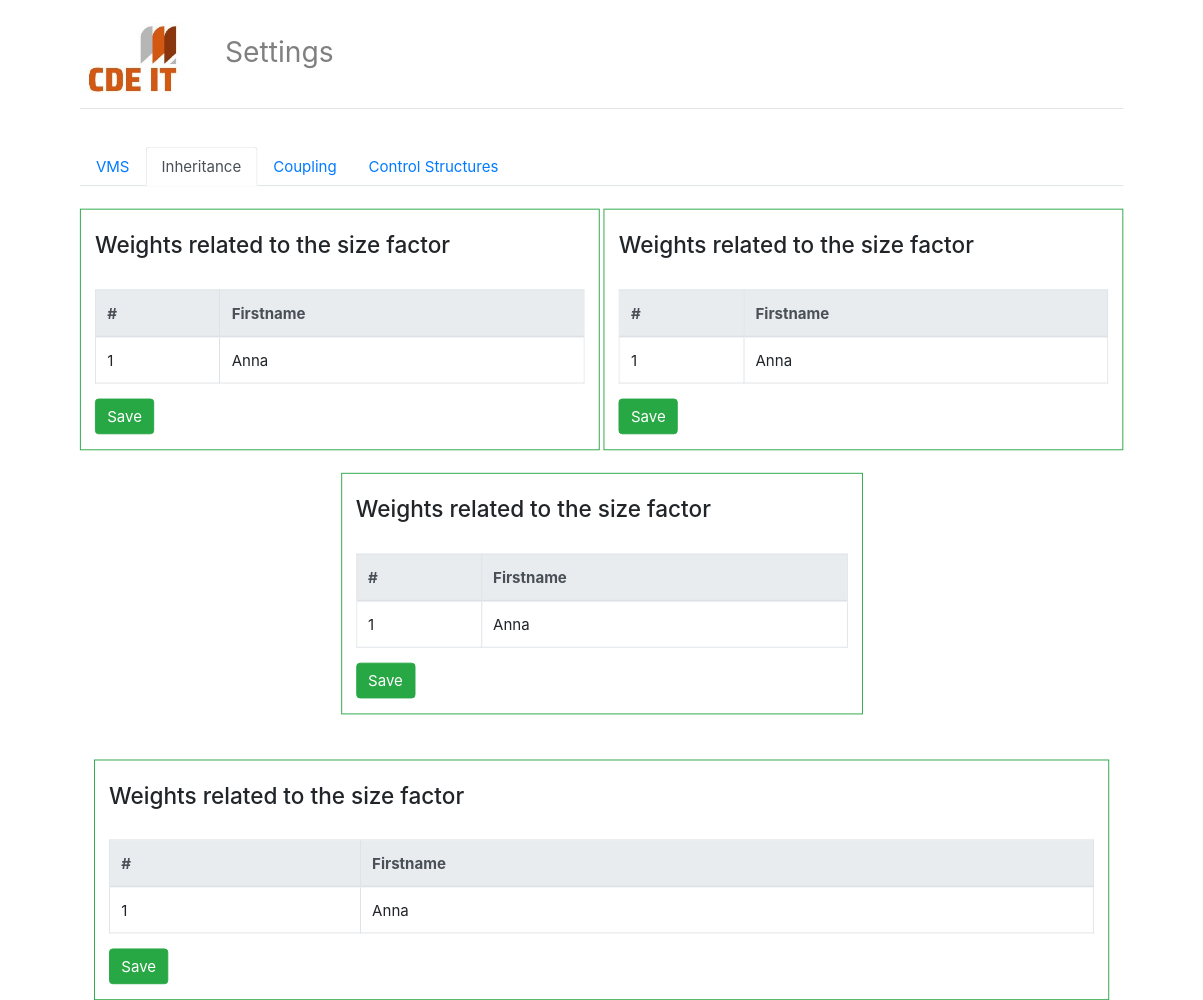
Repository: JudeAshan98/ITPM
Page: CDE_IT/WebContent/views/settings.html
The author's editor kept a copy of each file at every save. The page is drawn from the files as they stood at one save, then again after the next save.
The browser window is 1280 px wide. The pictures show the whole page, at 94% of full size.

Above is the page before, as saved 2020-03-01 16:34:01.

### CDE_IT/WebContent/views/settings.html
<!DOCTYPE html>
<html lang="en">
<head>
<title>Bootstrap Example</title>
<meta charset="utf-8">
<meta name="viewport" content="width=device-width, initial-scale=1">
<link rel="stylesheet"
	href="https://maxcdn.bootstrapcdn.com/bootstrap/4.4.1/css/bootstrap.min.css">
<script
	src="https://ajax.googleapis.com/ajax/libs/jquery/3.4.1/jquery.min.js"></script>
<script
	src="https://cdnjs.cloudflare.com/ajax/libs/popper.js/1.16.0/umd/popper.min.js"></script>
<script
	src="https://maxcdn.bootstrapcdn.com/bootstrap/4.4.1/js/bootstrap.min.js"></script>
</head>
<body>
	<br>

	<div class="container">
		<div>
			<img src="../img/logoe.png" style="max-height: 75px">
			<text style="font-size:30px; color:gray ; margin-left:30px;">
			Settings<text>
			<hr />
		</div>
		<br>

		<!-- Nav tabs -->
		<ul class="nav nav-tabs" role="tablist">
			<li class="nav-item"><a class="nav-link" data-toggle="tab"
				href="#vms">VMS</a></li>
			<li class="nav-item"><a class="nav-link active"
				data-toggle="tab" href="#inheritance">Inheritance</a></li>
			<li class="nav-item"><a class="nav-link" data-toggle="tab"
				href="#Coupling">Coupling</a></li>
			<li class="nav-item"><a class="nav-link" data-toggle="tab"
				href="#Control">Control Structures</a></li>
		</ul>

		<!-- Tab panes -->
		<div class="tab-content">
			<div id="vms" class="container tab-pane active">
				<br>
				<div class="row">
					<div class="col-sm border border-success">
						<br>
						<h4>Weights related to the size factor</h4>
						<div class="table-responsive">
							<br>
							<table class="table table-bordered">
								<thead class="thead-light">
									<tr>
										<th>#</th>
										<th>Firstname</th>
									</tr>
								</thead>
								<tbody>
									<tr>
										<td>1</td>
										<td>Anna</td>
									</tr>
								</tbody>
							</table>
						</div>
						<button type="button" class="btn btn-success">Save</button>
					</div>
					&nbsp
					<div class="col-sm border border-success">
						<br>
						<h4>Weights related to the size factor</h4>
						<div class="table-responsive">
							<br>
							<table class="table table-bordered">
								<thead class="thead-light">
									<tr>
										<th>#</th>
										<th>Firstname</th>
									</tr>
								</thead>
								<tbody>
									<tr>
										<td>1</td>
										<td>Anna</td>
									</tr>
								</tbody>
							</table>
						</div>
						<button type="button" class="btn btn-success">Save</button>
						<p></p>
					</div>
				</div>
				<br>
				<div class="row justify-content-md-center">
					<div class="col-md-6 border border-success">
						<br>
						<h4>Weights related to the size factor</h4>
						<div class="table-responsive">
							<br>
							<table class="table table-bordered">
								<thead class="thead-light">
									<tr>
										<th>#</th>
										<th>Firstname</th>
									</tr>
								</thead>
								<tbody>
									<tr>
										<td>1</td>
										<td>Anna</td>
									</tr>
								</tbody>
							</table>
						</div>
						<button type="button" class="btn btn-success">Save</button>
						<p></p>
					</div>
				</div>
				<br>
			</div>
			<div id="inheritance" class="container tab-pane active">
				<br>
				<div class="col-sm border border-success">
					<br>
					<h4>Weights related to the size factor</h4>
					<div class="table-responsive">
						<br>
						<table class="table table-bordered">
							<thead class="thead-light">
								<tr>
									<th>#</th>
									<th>Firstname</th>
								</tr>
							</thead>
							<tbody>
								<tr>
									<td>1</td>
									<td>Anna</td>
								</tr>
							</tbody>
						</table>
					</div>
					<button type="button" class="btn btn-success">Save</button>
					<p></p>
				</div>
			</div>
			<div id="Coupling" class="container tab-pane fade">
				<br>
				<div class="col-sm border border-success">
					<br>
					<h4>Weights related to the size factor</h4>
					<div class="table-responsive">
						<br>
						<table class="table table-bordered">
							<thead class="thead-light">
								<tr>
									<th>#</th>
									<th>Firstname</th>
								</tr>
							</thead>
							<tbody>
								<tr>
									<td>1</td>
									<td>Anna</td>
								</tr>
							</tbody>
						</table>
					</div>
					<button type="button" class="btn btn-success">Save</button>
					<p></p>
				</div>
			</div>
			<div id="Control" class="container tab-pane fade">
				<br>
				<div class="col-sm border border-success">
					<br>
					<h4>Weights related to the size factor</h4>
					<div class="table-responsive">
						<br>
						<table class="table table-bordered">
							<thead class="thead-light">
								<tr>
									<th>#</th>
									<th>Firstname</th>
								</tr>
							</thead>
							<tbody>
								<tr>
									<td>1</td>
									<td>Anna</td>
								</tr>
							</tbody>
						</table>
					</div>
					<button type="button" class="btn btn-success">Save</button>
					<p></p>
				</div>
			</div>
		</div>

	</div>
</body>
</html>

After the next save:
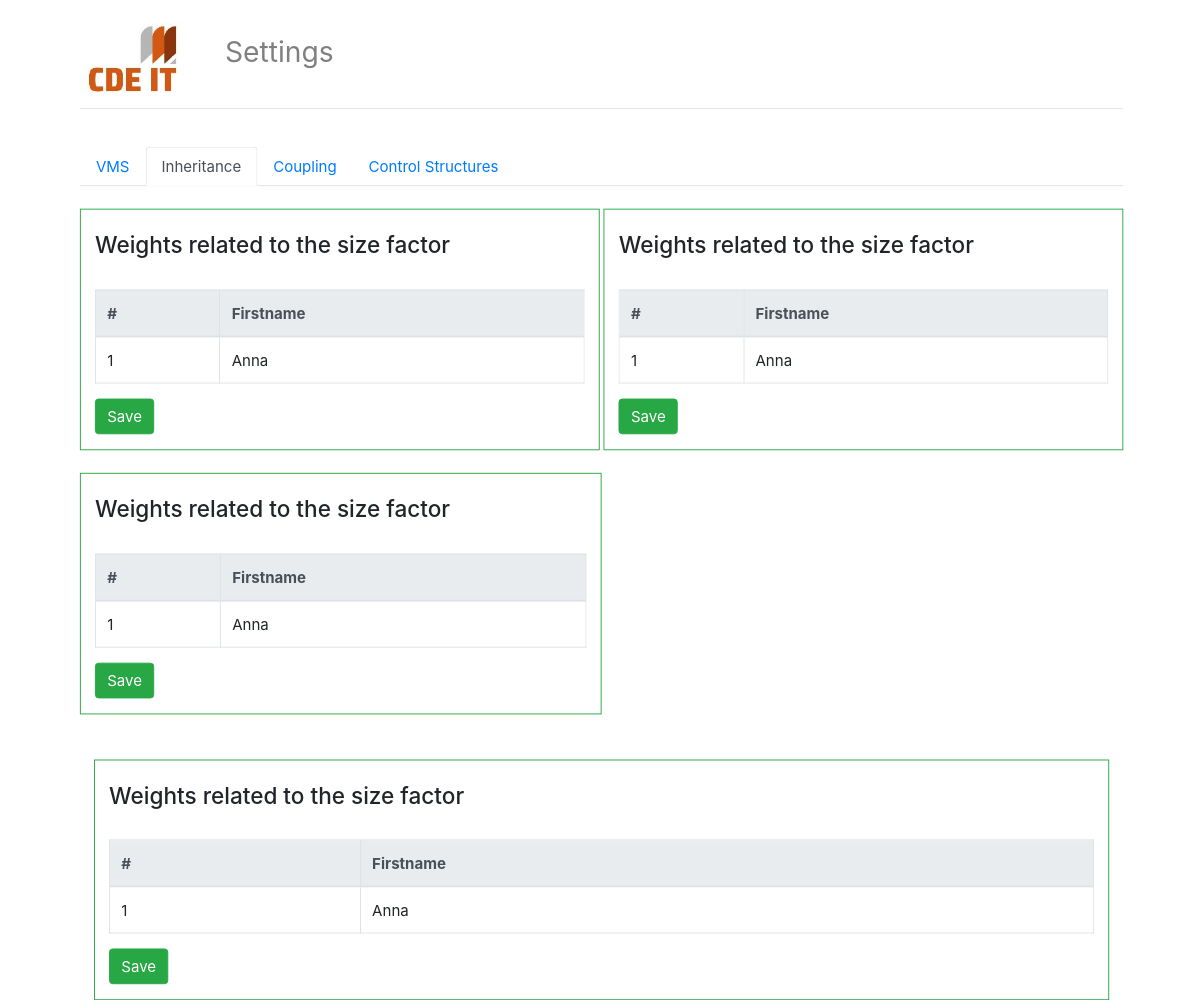
Saved 114 s later.
--- a/CDE_IT/WebContent/views/settings.html
+++ b/CDE_IT/WebContent/views/settings.html
@@ -90,7 +90,7 @@
 					</div>
 				</div>
 				<br>
-				<div class="row justify-content-md-center">
+				<div class="row ">
 					<div class="col-md-6 border border-success">
 						<br>
 						<h4>Weights related to the size factor</h4>

After the save that followed:
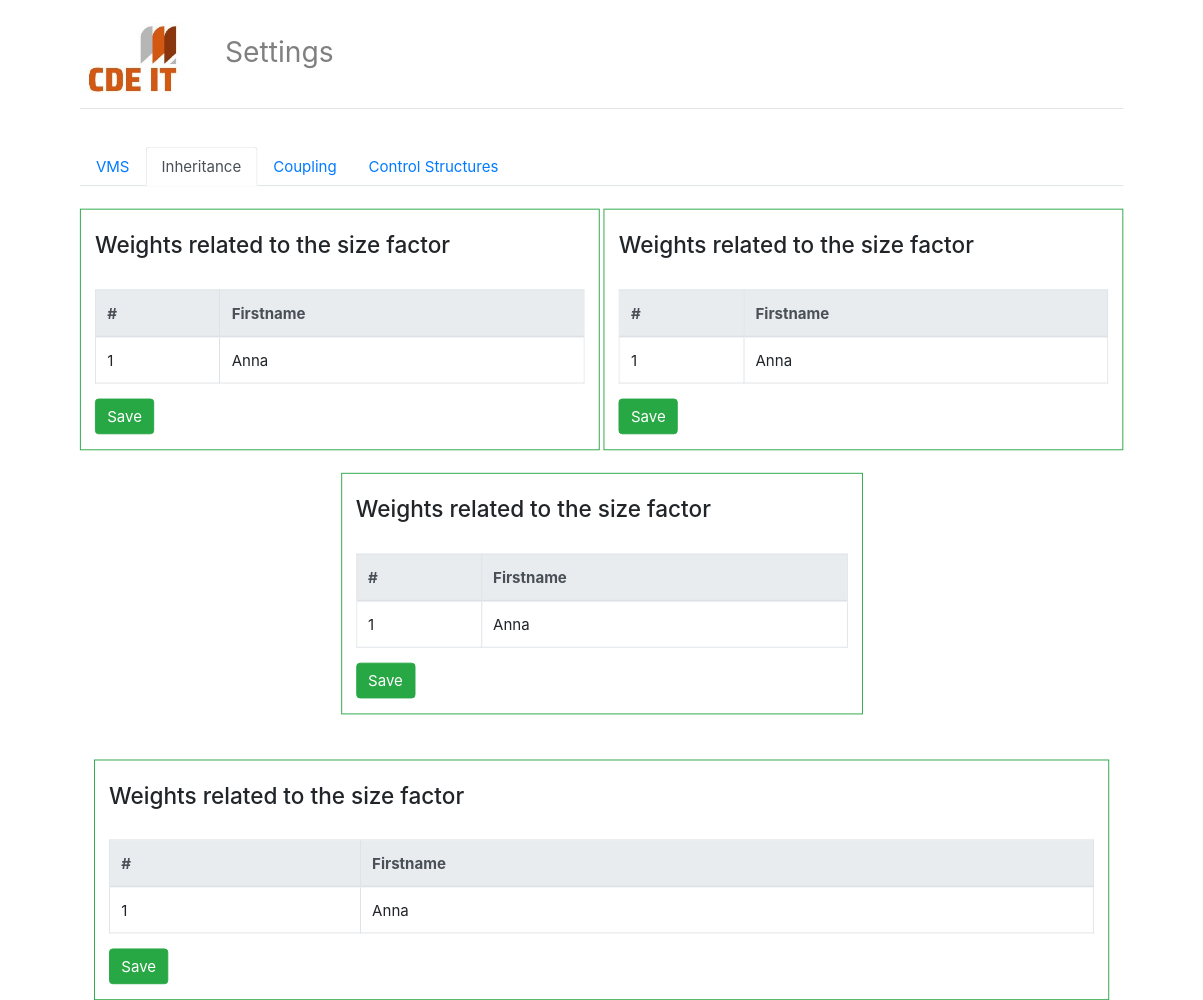
Saved 108 s later.
--- a/CDE_IT/WebContent/views/settings.html
+++ b/CDE_IT/WebContent/views/settings.html
@@ -90,7 +90,7 @@
 					</div>
 				</div>
 				<br>
-				<div class="row ">
+				<div class="row justify-content-md-center">
 					<div class="col-md-6 border border-success">
 						<br>
 						<h4>Weights related to the size factor</h4>
